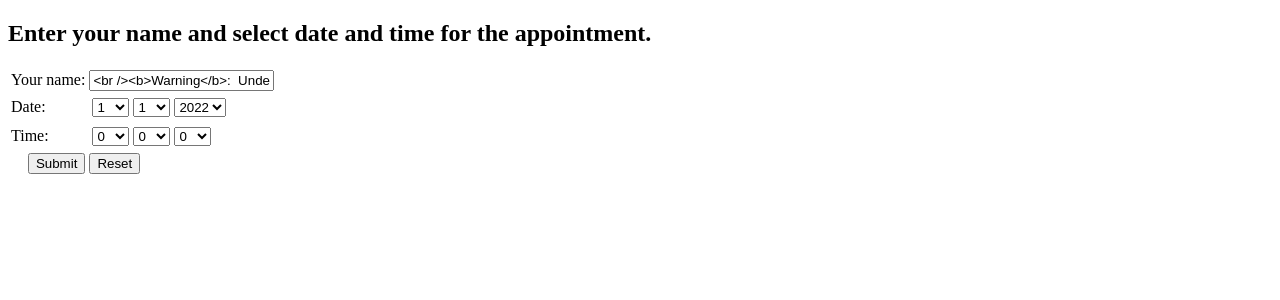
Repository: haitranduc4270/Book_store
Page: http://localhost/P3_Lab05_framework/Lab hằng tuần/Lab2.2/Exercise_DateTime/DateTime.php
An editor plug-in stored every save of this project. The page is shown before and after the next save, followed by the edit.
The browser window is 1280 px wide. The pictures show the whole page.
The page is run by PHP 8.4 with error messages shown; the project is at /var/www/html/.

Above is the page before, as saved 2022-04-25 08:25:05.

After the next save:
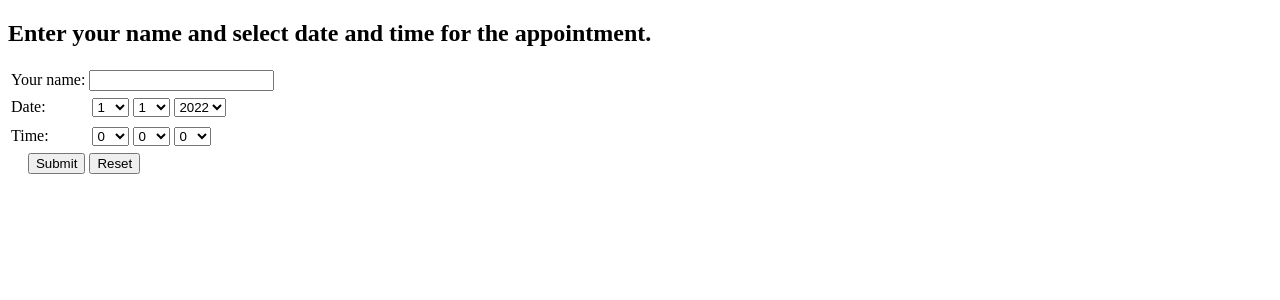
Saved 2 min 43 s later.
--- a/Lab hằng tuần/Lab2.2/Exercise_DateTime/DateTime.php
+++ b/Lab hằng tuần/Lab2.2/Exercise_DateTime/DateTime.php
@@ -15,7 +15,7 @@
         <table>
             <tr>
                 <td>Your name:</td>
-                <td><input type="text" name="name" value="<?php echo $name ?>"></td>
+                <td><input type="text" name="name" value="<?php echo (isset($name))?$name:'';?>"></td>
             </tr>
             <tr>
                 <td>Date:</td>
